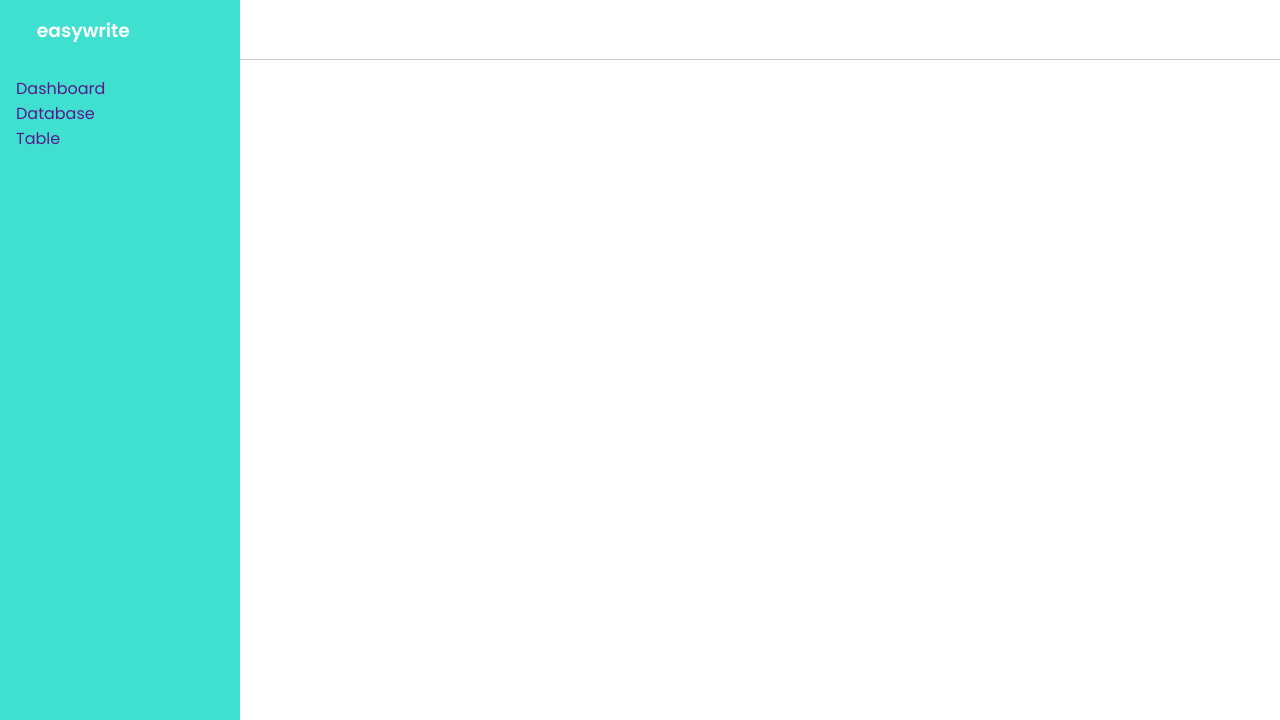
Repository: ngan429/CRUD_14
Page: http://localhost/crudweb/
These files come from the project's save history. The page is drawn as it stood at one moment and after the next save; the edit follows.
The browser window is 1280 px wide. The pictures show the whole page.
Some icons come from a web library that is not loaded, so they are not drawn. The page is served by Tomcat 9.

Above is the page before, as saved 2022-06-03 20:46:30.

After the next save:
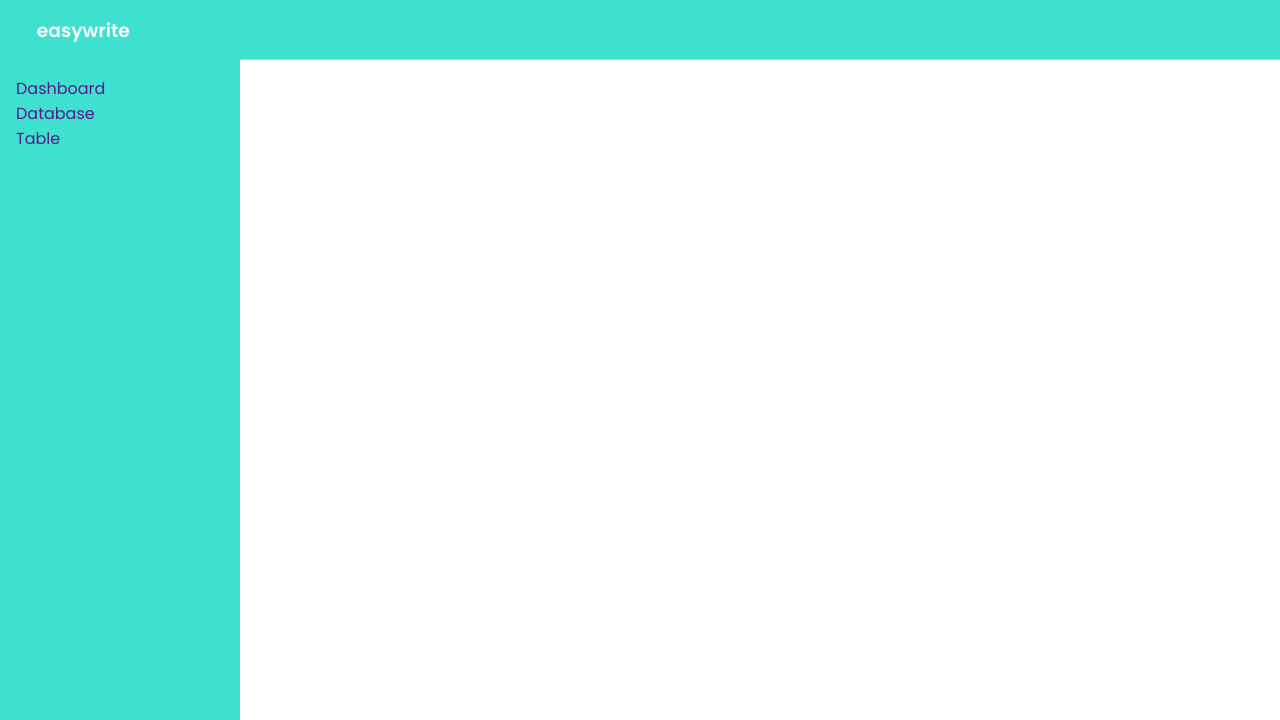
Saved 31 s later.
--- a/crudweb/crudweb/WebContent/index.jsp
+++ b/crudweb/crudweb/WebContent/index.jsp
@@ -66,6 +66,8 @@ header{
 	align-items: center;
 	justify-content: space-between;
 	border-bottom: 1px solid #ccc;
+	background-color:turquoise;
+
 }
 </style>
 </head>
